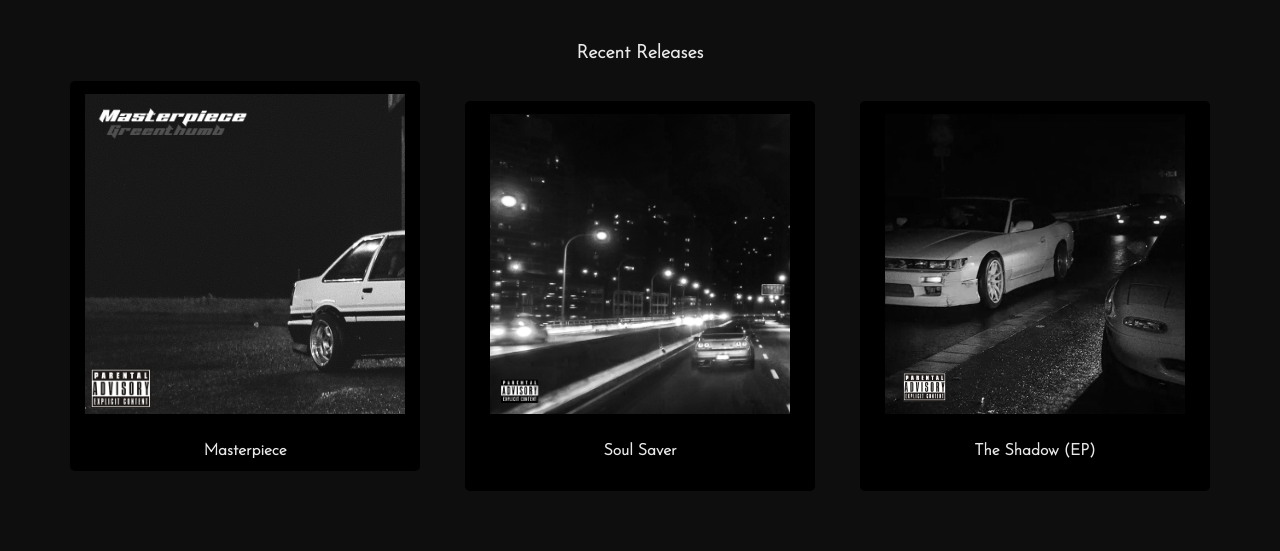
Repository: shayanabedi98/Greenthumb
Page: index.html
These files come from the project's save history. The page is drawn as it stood at one moment and after the next save; the edit follows.
The browser window is 1280 px wide. The pictures show the part of the page from y = 734 to 1285 px (the page is 1285 px tall).
The pointer rests on the first visible `.card img`.

Above is the page before, as saved 2023-08-15 13:41:00.

After the next save:
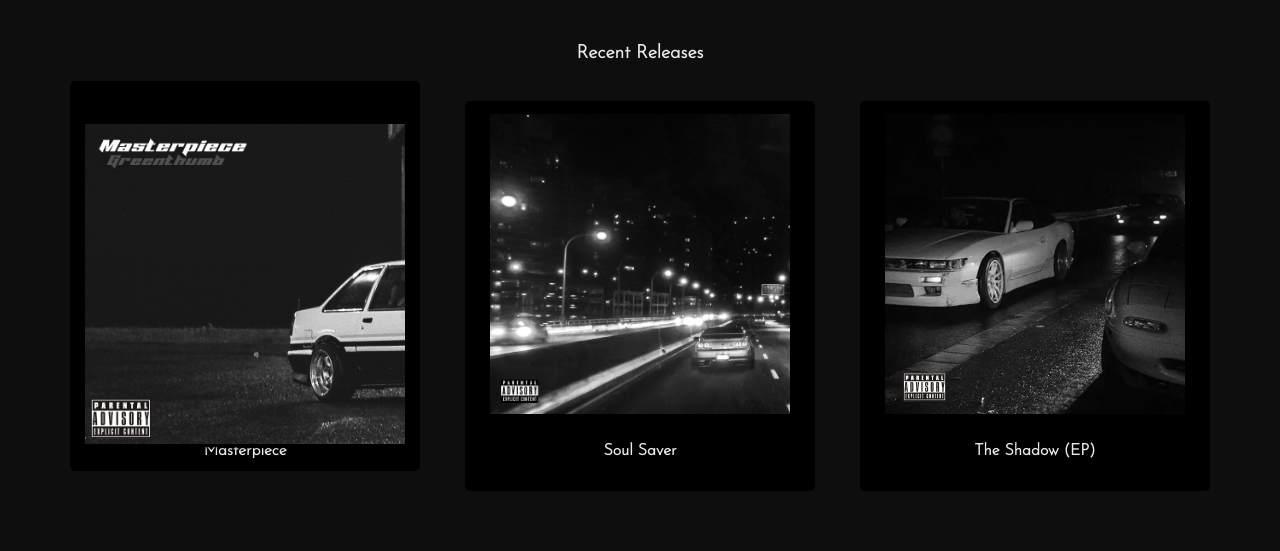
Saved 5 s later.
--- a/styles.css
+++ b/styles.css
@@ -70,7 +70,7 @@
 .card img:hover {
     height: 320px;
     width: 320px;
-    transform: translateY(0);
+    transform: translateY(30px);
     transition: ease-in-out 0.3s;
 }
 

After the save that followed:
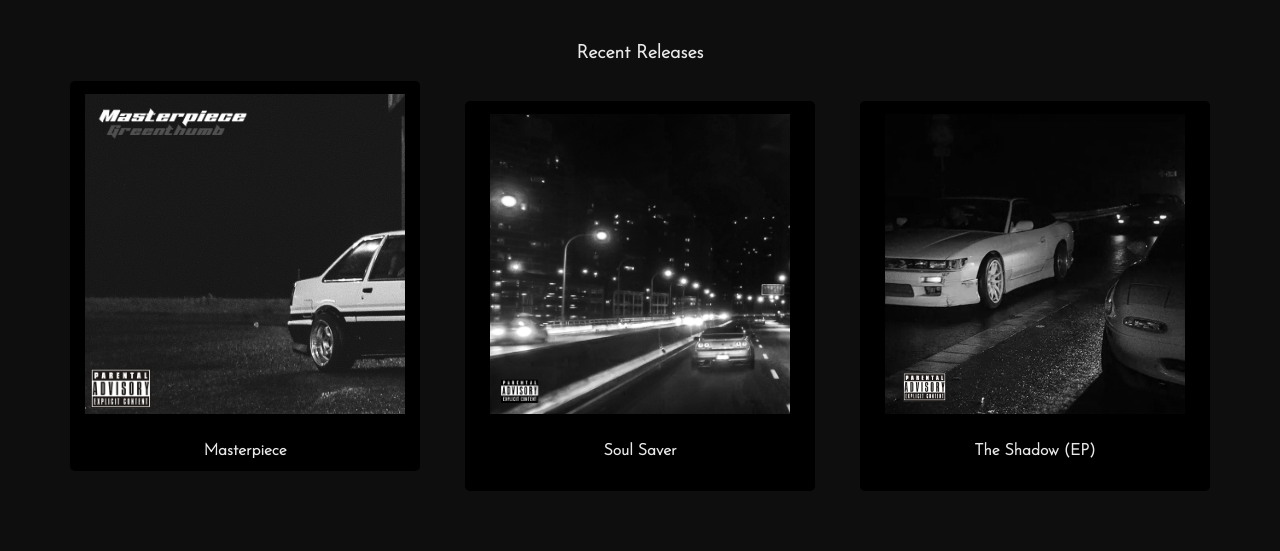
Saved 11 s later.
--- a/styles.css
+++ b/styles.css
@@ -70,7 +70,6 @@
 .card img:hover {
     height: 320px;
     width: 320px;
-    transform: translateY(30px);
     transition: ease-in-out 0.3s;
 }
 
